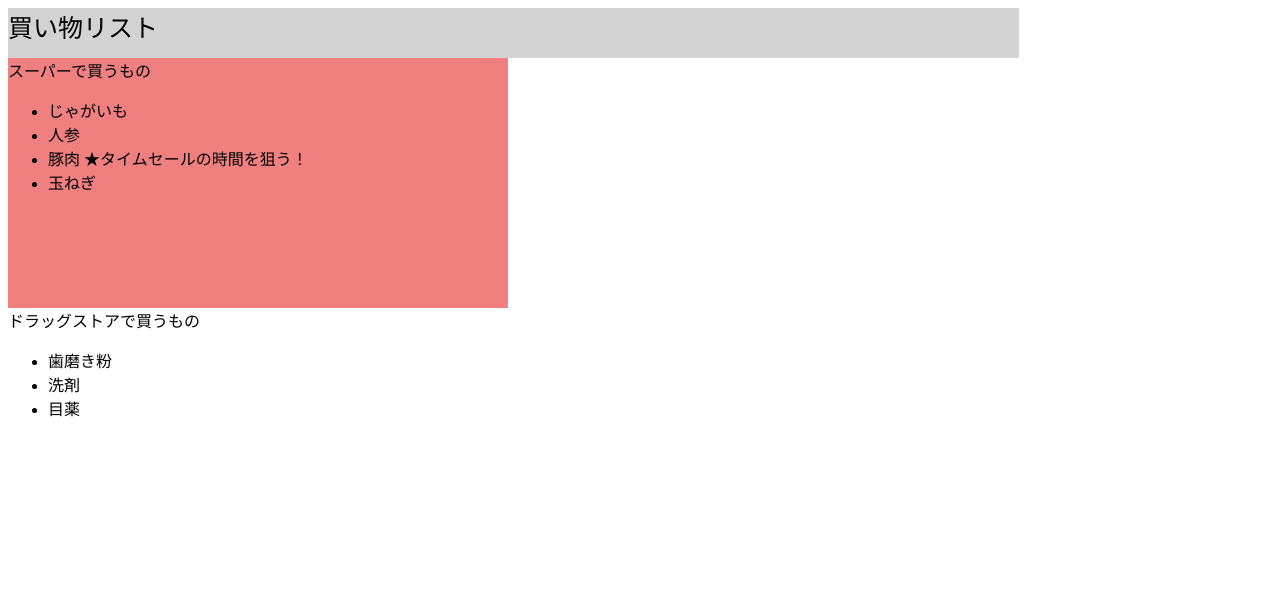
Repository: m-mao/firsa_app
Page: html_css/html_construction/index.html
The author's editor kept a record of every edit. The page is drawn from the files as they stood at one moment, then again after the next edit.
The browser window is 1280 px wide. The pictures show the whole page.

Above is the page before.

After the next edit:
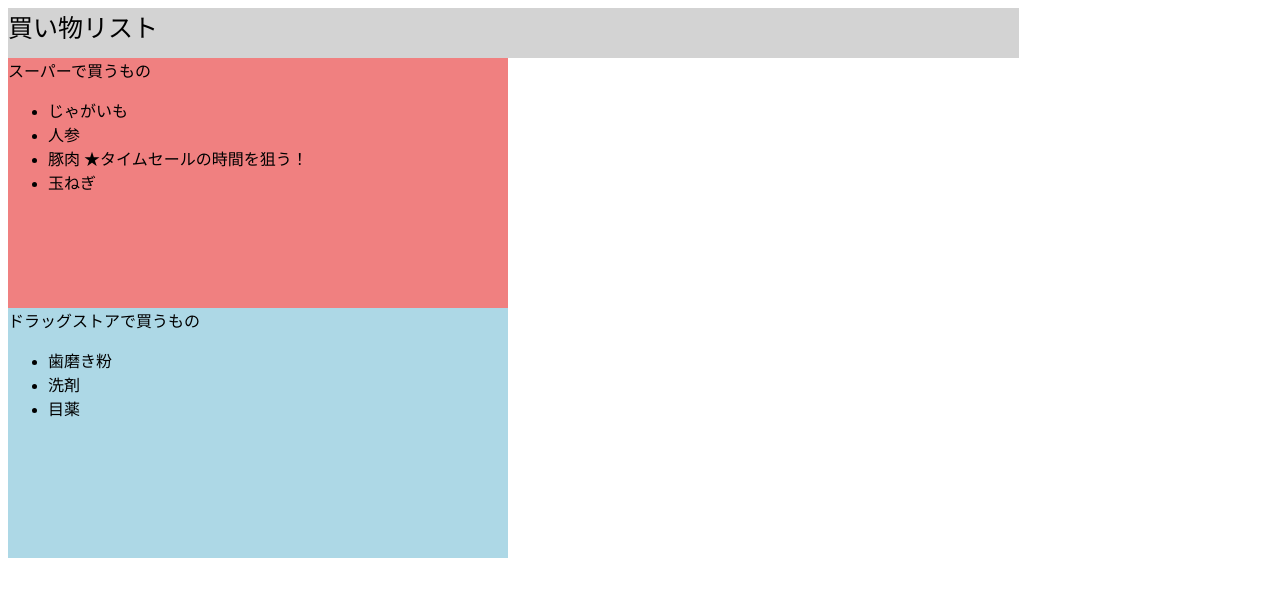
The edit:
--- a/html_css/html_construction/style.css
+++ b/html_css/html_construction/style.css
@@ -16,6 +16,7 @@
 .bottom-content{
   height: 250px;
   width: 500px;
+  background-color: lightblue;
 }
 
 footer{
